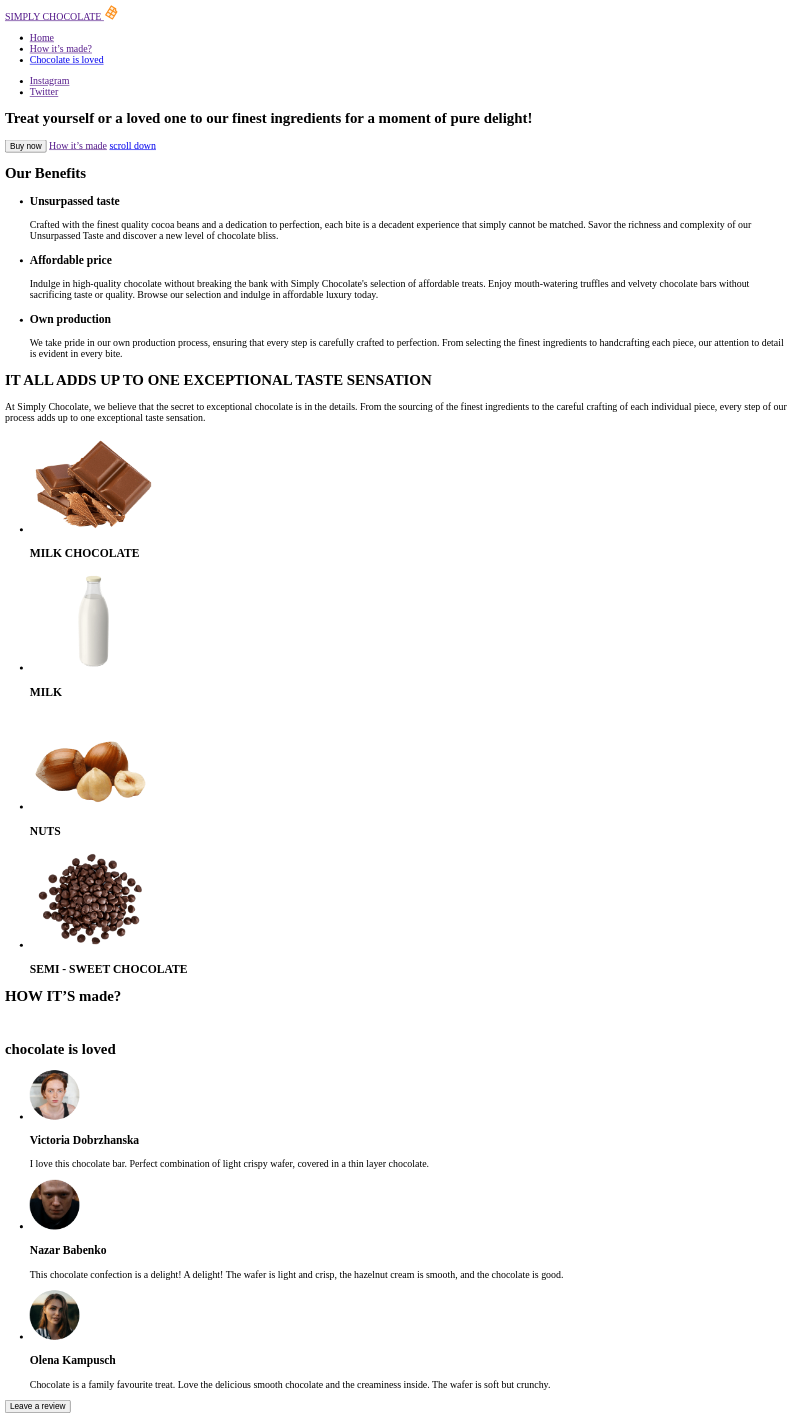
Repository: Sofiia-Khomyk/goit-markup-class-01
Page: index.html
An editor plug-in stored every save of this project. The page is shown before and after the next save, followed by the edit.
The browser window is 1280 px wide. The pictures show the whole page, at 62% of full size.

Above is the page before, as saved 2024-11-11 16:12:35.

After the next save:
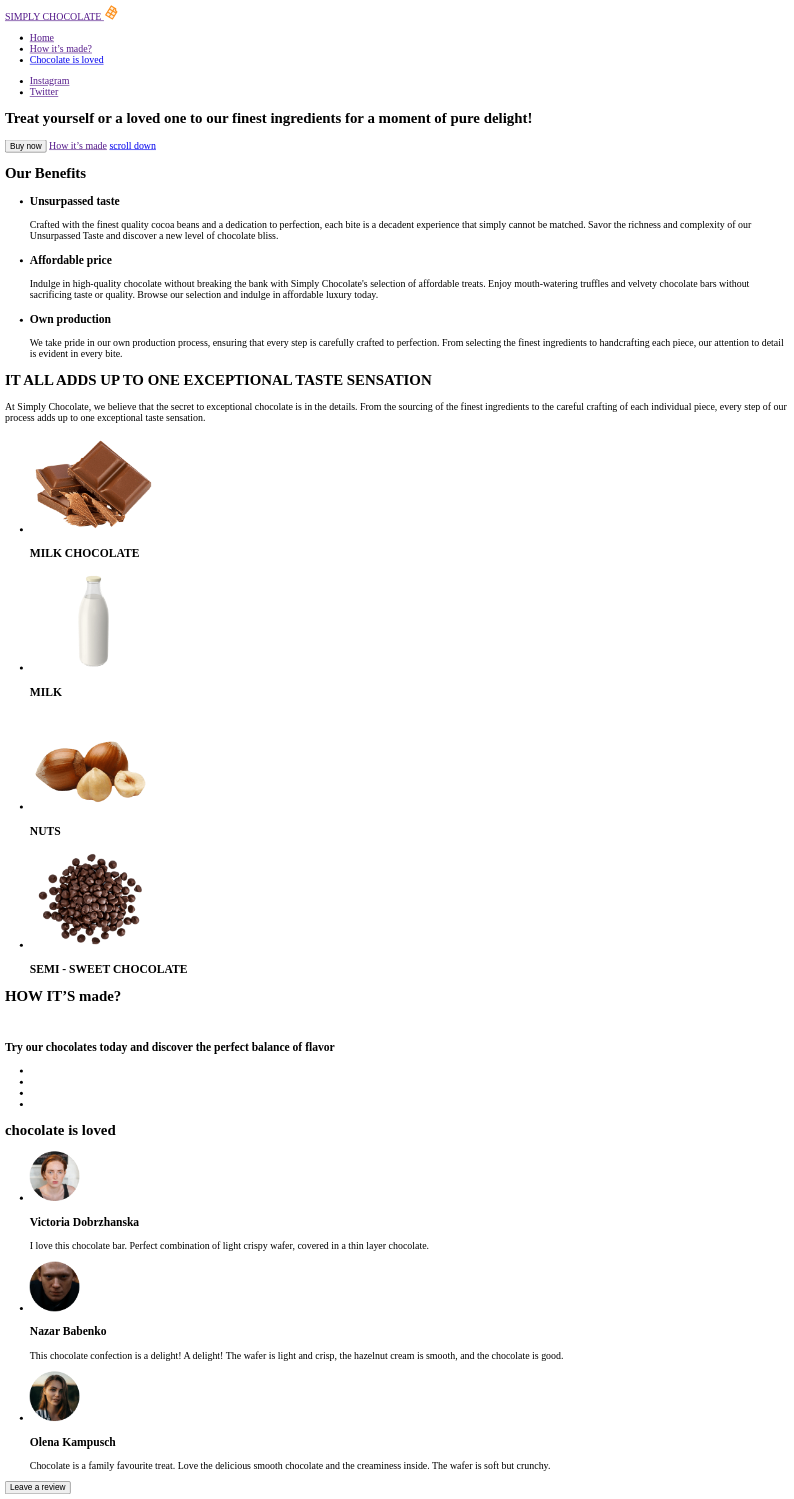
Saved 30 s later.
--- a/index.html
+++ b/index.html
@@ -132,7 +132,15 @@
       <section>
         <h2>HOW IT’S made?</h2>
         <img src="" alt="" />
-        <h3></h3>
+        <h3>
+          Try our chocolates today and discover the perfect balance of flavor
+        </h3>
+        <ul>
+          <li></li>
+          <li></li>
+          <li></li>
+          <li></li>
+        </ul>
       </section>
       <!-- Reviews Section -->
       <section id="reviews">
